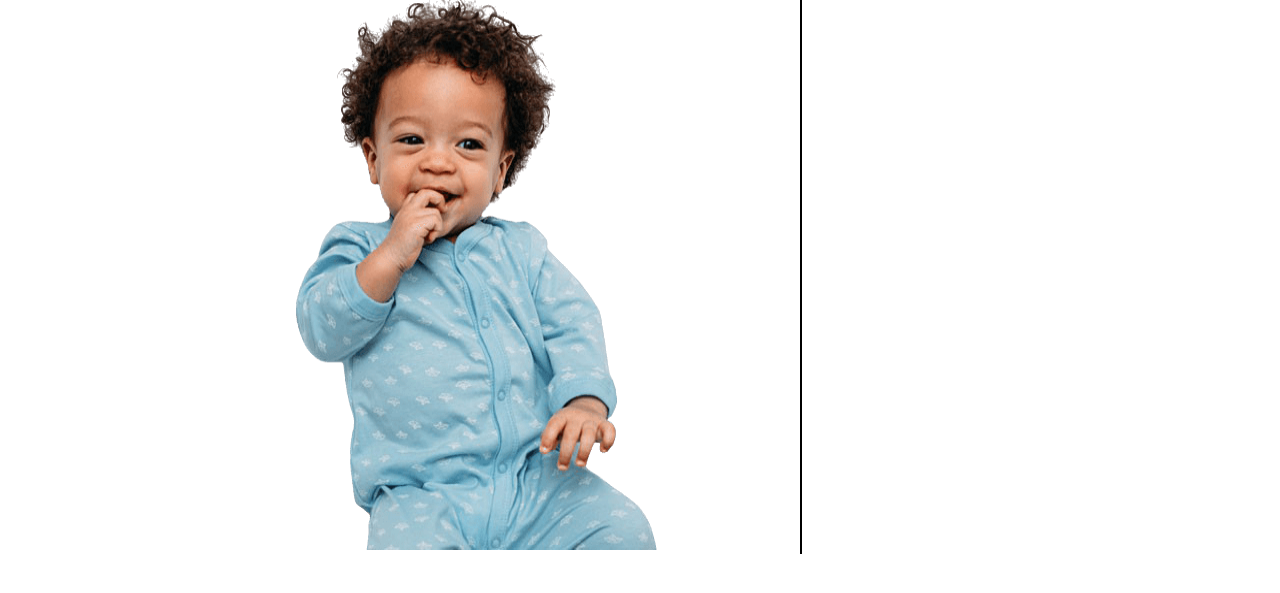
Repository: gyypwrs/css-practice
Page: pull-over/index.html
An editor plug-in stored every save of this project. The page is shown before and after the next save, followed by the edit.
The browser window is 1280 px wide. The pictures show the whole page.

Above is the page before, as saved 2022-05-16 11:38:04.

After the next save:
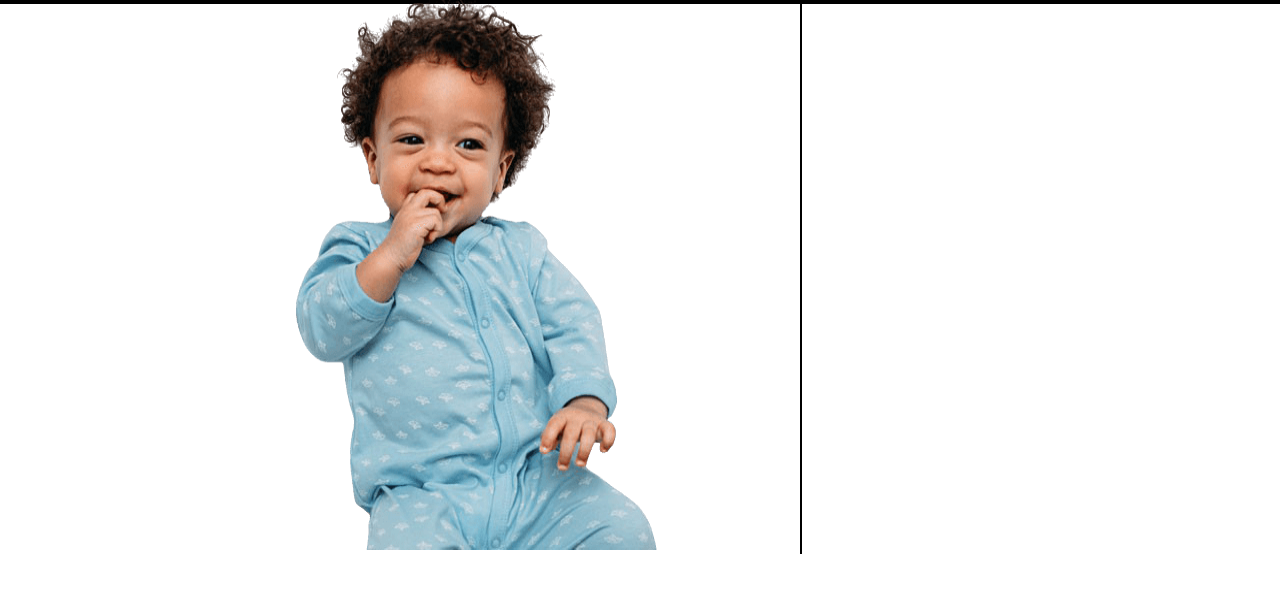
Saved 5 min 26 s later.
--- a/pull-over/index.html
+++ b/pull-over/index.html
@@ -4,7 +4,7 @@
  * @Author: Hongyu
  * @Date: 2022-05-14 18:11:46
  * @LastEditors: Hongyu
- * @LastEditTime: 2022-05-16 11:38:04
+ * @LastEditTime: 2022-05-16 11:43:30
 -->
 <!DOCTYPE html>
 <html>
@@ -35,6 +35,9 @@
         left: 0;
         border-right: 2px solid black;
       }
+      .divide-line {
+        border: 2px solid black;
+      }
   </style>
   </head>
   <body>
@@ -42,11 +45,11 @@
       <div class="bottom">
         <img height="550" width="800" src="./baby-bg.png">
       </div>
-      <div class="divide-line">
       </div>
       <div class="up">
         <img  height="550" width="800" src="./baby-bg.png">
       </div>
+      <div class="divide-line"></div>
     </div>
   </body>
 </html>

After the save that followed:
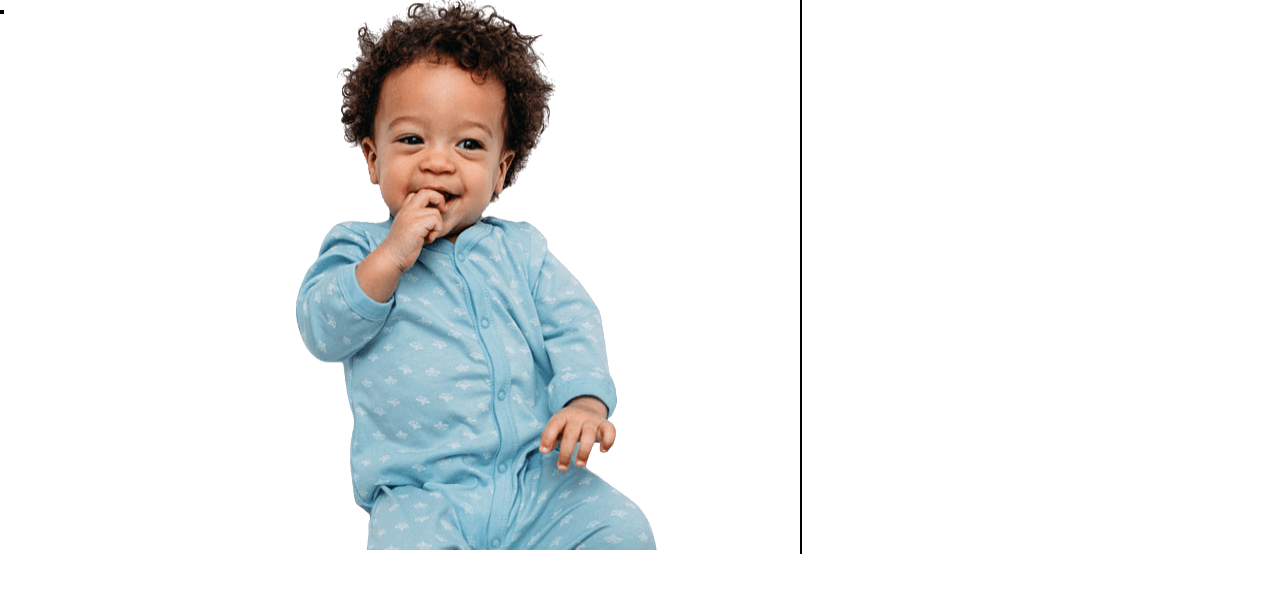
Saved 23 s later.
--- a/pull-over/index.html
+++ b/pull-over/index.html
@@ -36,7 +36,9 @@
         border-right: 2px solid black;
       }
       .divide-line {
+        display: inline-block;
         border: 2px solid black;
+
       }
   </style>
   </head>
